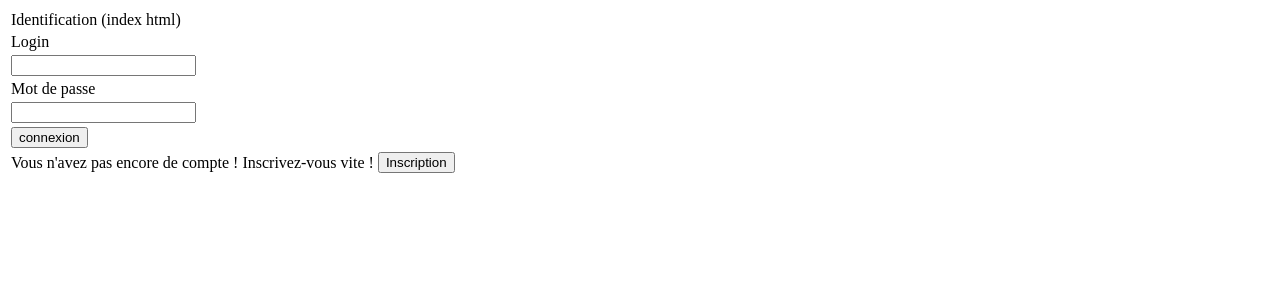
Repository: AntoAnt/WikiScolaire-
Page: InterfaceWikiScolair/WebContent/Index.html
An editor plug-in stored every save of this project. The page is shown before and after the next save, followed by the edit.
The browser window is 1280 px wide. The pictures show the whole page.

Above is the page before, as saved 2017-04-18 15:37:52.

### InterfaceWikiScolair/WebContent/Index.html
<!DOCTYPE html>
<html>
<head>
<meta charset="UTF-8">
<title>Formulaire User</title>
</head>
<body>
	<form method="post" action="/InterfaceWikiScolair/ControleurPrincipal?idaction=authentification">
		<table>
			<td>Identification (index html)</td>
			<tr><td>Login</td></tr>
			<tr><td><input type="text" name="CHAMP_login"/><br></td></tr>
			<td>Mot de passe</td>
			<tr><td><input type="password" name="CHAMP_mdp"/><br></td></tr>
			<tr><td><input type="submit" name="bouton" value="connexion" /></tr></td>
			<td>Vous n'avez pas encore de compte ! Inscrivez-vous vite !</td>
			<td><a href = "/InterfaceWikiScolair/Inscription.jsp"><input type ="button" name="Inscription" value = "Inscription" /></a></td>
		</table>

	</form>
</body>
</html>

After the next save:
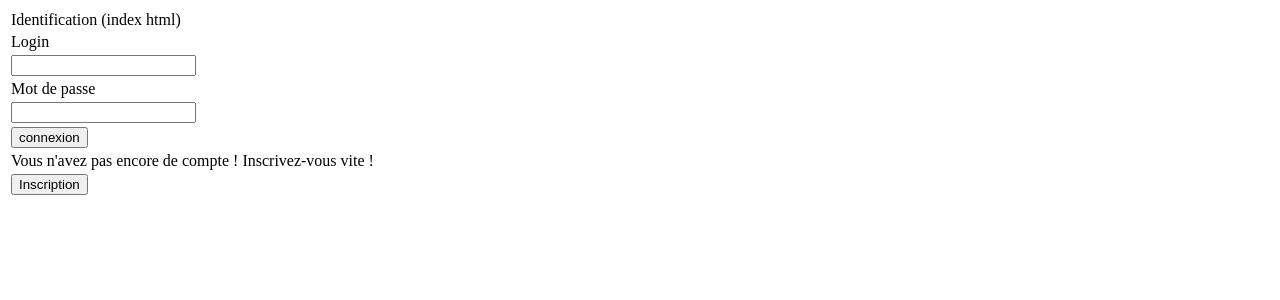
Saved 58 s later.
--- a/InterfaceWikiScolair/WebContent/Index.html
+++ b/InterfaceWikiScolair/WebContent/Index.html
@@ -13,8 +13,8 @@
 			<td>Mot de passe</td>
 			<tr><td><input type="password" name="CHAMP_mdp"/><br></td></tr>
 			<tr><td><input type="submit" name="bouton" value="connexion" /></tr></td>
-			<td>Vous n'avez pas encore de compte ! Inscrivez-vous vite !</td>
-			<td><a href = "/InterfaceWikiScolair/Inscription.jsp"><input type ="button" name="Inscription" value = "Inscription" /></a></td>
+			<tr><td>Vous n'avez pas encore de compte ! Inscrivez-vous vite !</td></tr>
+			<tr><td><a href = "/InterfaceWikiScolair/Inscription.jsp"><input type ="button" name="Inscription" value = "Inscription" /></a></td></tr>
 		</table>
 
 	</form>
